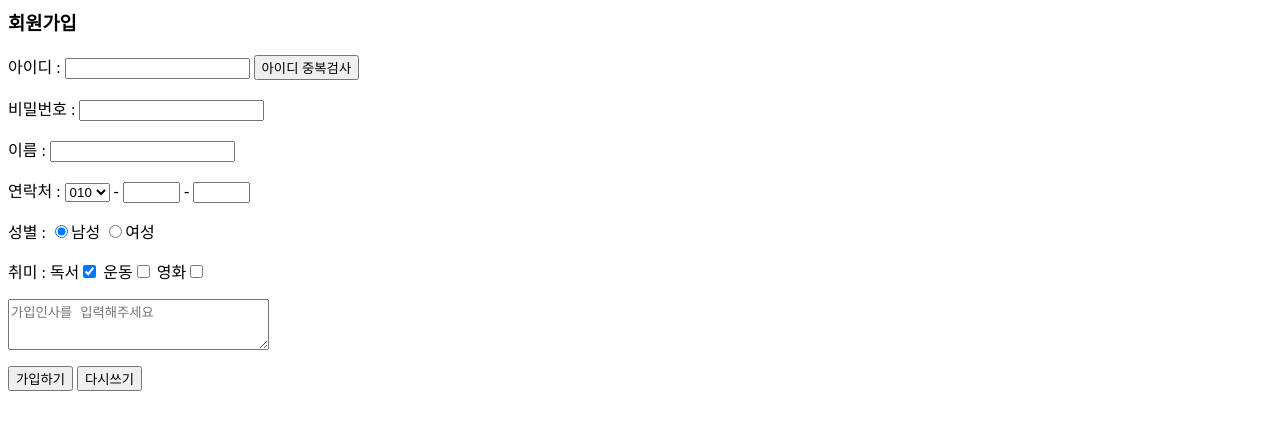
Repository: jwsimhj97/jwork_n
Page: http://localhost/JSP/03-10/08_05_02_form04.jsp
These files come from the project's save history. The page is drawn as it stood at one moment and after the next save; the edit follows.
The browser window is 1280 px wide. The pictures show the whole page.
The page is served by Tomcat 9.

Above is the page before, as saved 2022-03-10 08:29:19.

After the next save:
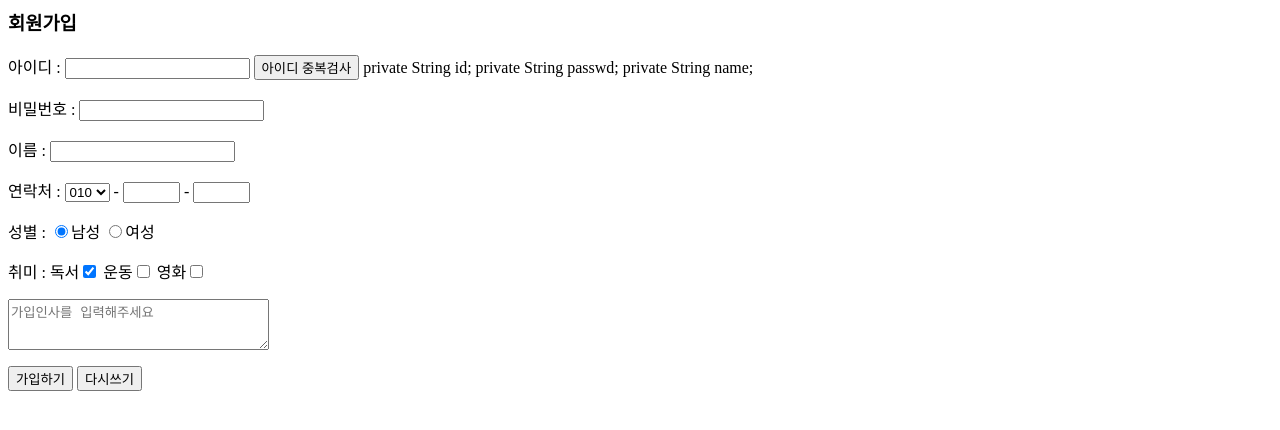
Saved 20 min 51 s later.
--- a/JSP/WebContent/03-10/08_05_02_form04.jsp
+++ b/JSP/WebContent/03-10/08_05_02_form04.jsp
@@ -7,6 +7,9 @@
 	<h3>회원가입</h3>
 	<form action="08_05_02_form04_process.jsp" name="member" method="post">
 		<p>	아이디 : <input type="text" name="id"> <input type="button"	value="아이디 중복검사">
+		private String id;
+		private String passwd;
+		private String name;
 		<p>	비밀번호 : <input type="password" name="passwd">
 		<p>	이름 : <input type="text" name="name">
 		<p>	연락처 : <select name="phone1">
